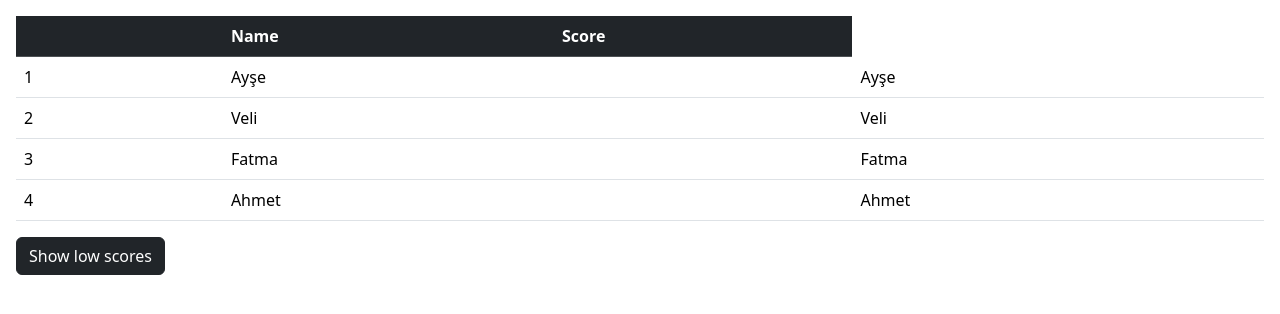
Repository: GorkemTurhan89/jsTutorial
Page: day17/70-dom-2.html
An editor plug-in stored every save of this project. The page is shown before and after a run of saves, followed by the edit.
The browser window is 1280 px wide. The pictures show the whole page.

Above is the page before, as saved 2024-06-22 13:44:00.

After the next 4 saves:
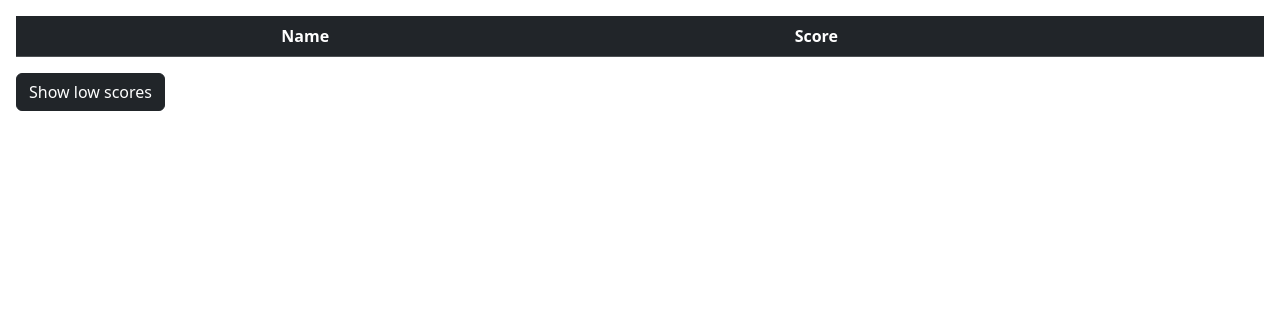
Console error: SyntaxError: Unexpected token ')'
The 4 saves are shown as one change because they came seconds apart.
The last was saved 14 s later.
--- a/day17/js/script-70.js
+++ b/day17/js/script-70.js
@@ -1,6 +1,6 @@
 import {students} from "./student.js"
 
-document.getElementById("btnShowLowScores")
+document.getElementById("btnShowLowScores").addEventListener("click",()=>)
 
 
 const loadData =()=>{

After the save that followed:
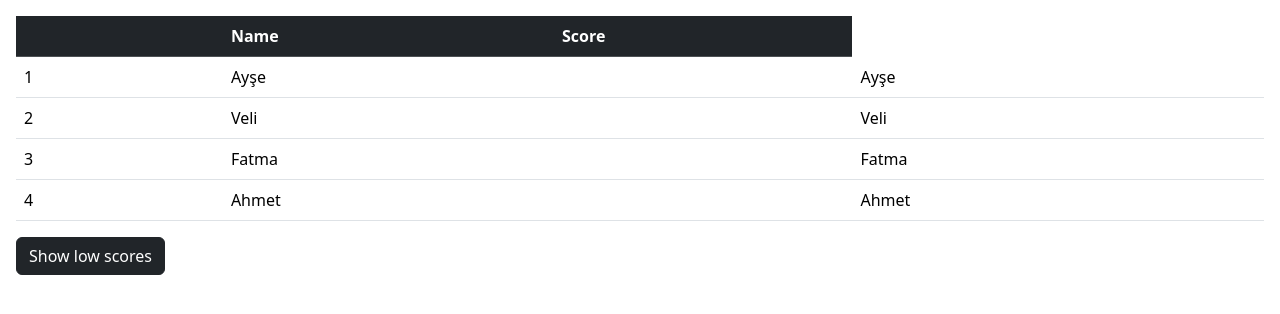
The error is gone.
Saved 6 s later.
--- a/day17/js/script-70.js
+++ b/day17/js/script-70.js
@@ -1,6 +1,10 @@
 import {students} from "./student.js"
 
-document.getElementById("btnShowLowScores").addEventListener("click",()=>)
+document.getElementById("btnShowLowScores").addEventListener("click",()=>{
+
+
+
+})
 
 
 const loadData =()=>{
